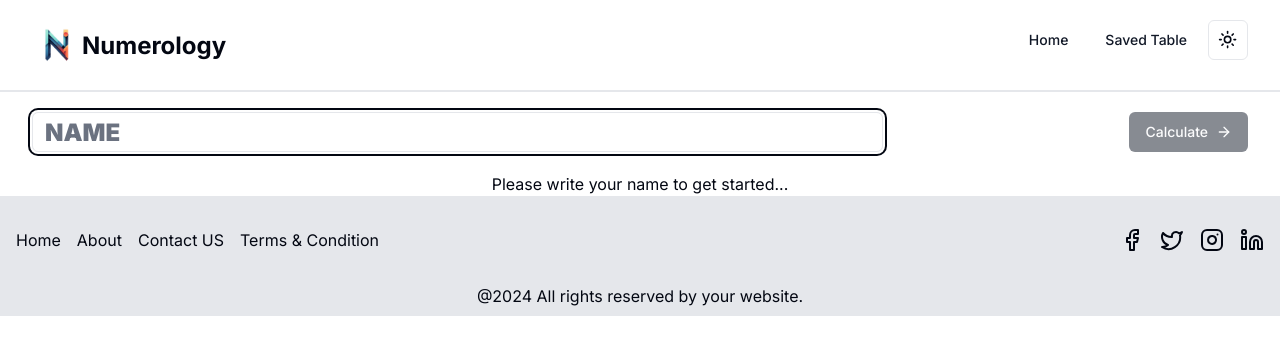
Repository: RaghunadhSahitDruvam/mynumerology
Page: /
The author's editor kept a copy of each file at every save. The page is drawn from the files as they stood at one save, then again after the next save.
The browser window is 1280 px wide. The pictures show the whole page.
The project was rebuilt for these pictures with package versions that can differ from the ones it lists, and the page was loaded fresh each time. The framework's server and built-in components were replaced by stand-ins that run in the browser. Also part of the build but not shown: next.config.js, components/ui/alert-dialog.tsx.

Above is the page before, as saved 2023-12-21 17:00:11.

After the next save:
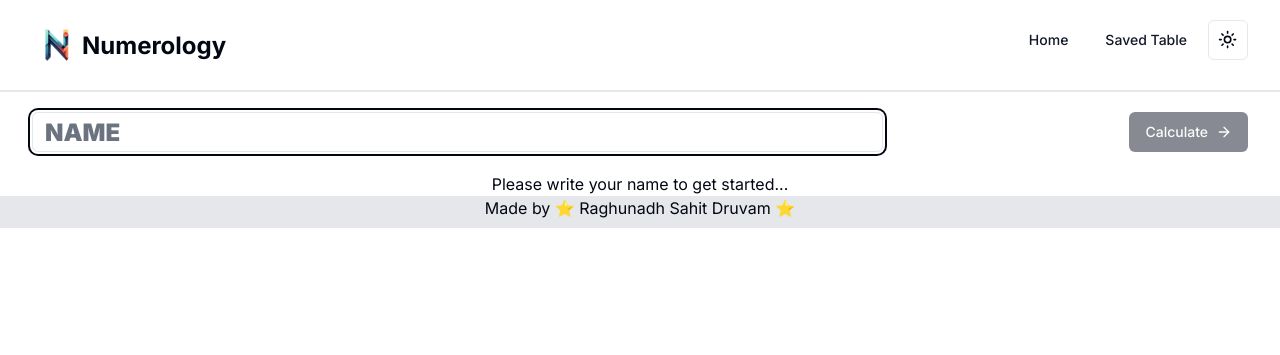
Saved 72 s later.
--- a/components/footer.tsx
+++ b/components/footer.tsx
@@ -4,42 +4,8 @@ import { Facebook, Instagram, Linkedin, Twitter } from "lucide-react";
 export default function Footer() {
   return (
     <footer className="bg-gray-200">
-      <div className="container flex flex-wrap items-center justify-center px-4 py-8 mx-auto  lg:justify-between">
-        <div className="flex flex-wrap justify-center">
-          <ul className="flex items-center space-x-4">
-            <li>
-              <Link href={"/"}>Home</Link>
-            </li>
-            <li>
-              <Link href={"/about"}>About</Link>
-            </li>
-            <li>
-              <Link href={"/contact"}>Contact US</Link>
-            </li>
-            <li>
-              <Link href={"/terms"}>Terms & Condition</Link>
-            </li>
-          </ul>
-        </div>
-        <div className="flex justify-center space-x-4 mt-4 lg:mt-0">
-          <Link href={""}>
-            <Facebook />
-          </Link>
-          <Link href={""}>
-            <Twitter />
-          </Link>
-          <Link href={""}>
-            <Instagram />
-          </Link>
-          <Link href={""}>
-            <Linkedin />
-          </Link>
-        </div>
-      </div>
       <div className="pb-2">
-        <p className="text-center">
-          @2024 All rights reserved by your website.
-        </p>
+        <p className="text-center">Made by ⭐ Raghunadh Sahit Druvam ⭐</p>
       </div>
     </footer>
   );
